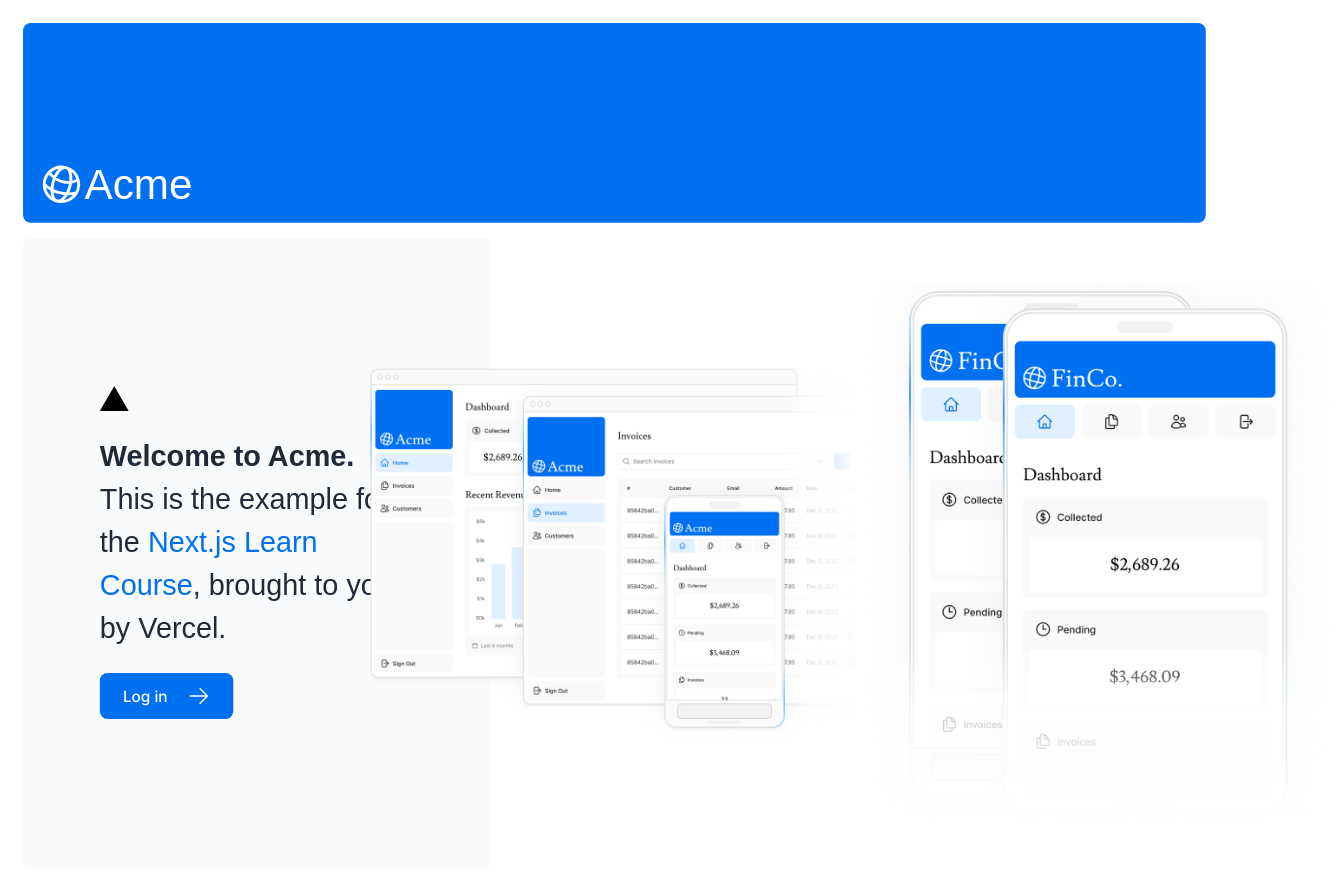
Repository: yasserrrz/next-dahshboard
Page: /
An editor plug-in stored every save of this project. The page is shown before and after the next save, followed by the edit.
The browser window is 1280 px wide. The page is 1397 px wide, then 1280 px, then 1397 px, so the pictures cover 1397 px, including what lies to the right of the window. The pictures show the whole page, at 96% of full size.
Some web fonts or font styles are not loaded; a fallback is used. The project was rebuilt for these pictures with package versions that can differ from the ones it lists, and the page was loaded fresh each time. The framework's server and built-in components were replaced by stand-ins that run in the browser. Also part of the build but not shown: next.config.mjs.

Above is the page before, as saved 2024-10-27 11:10:33.

### app/layout.tsx
import '@/app/ui/global.css';
import { inter } from './ui/fonts';
export default function RootLayout({
  children,
}: {
  children: React.ReactNode;
}) {
  return (
    <html lang="en">
       <body className={`${inter.className} antialiased`}>{children}</body>
    </html>
  );
}

### app/page.tsx
import AcmeLogo from "@/app/ui/acme-logo";
import { ArrowRightIcon } from "@heroicons/react/24/outline";
import Link from "next/link";
import { lusitana } from "./ui/fonts";
import Image from "next/image";

export default function Page() {
  return (
    <main className="flex min-h-screen flex-col p-6">
      <div className="flex h-20 shrink-0 items-end rounded-lg bg-blue-500 p-4 md:h-52">
        <AcmeLogo />
      </div>
      <div className="mt-4 flex grow flex-col gap-4 md:flex-row">
        <div className="flex flex-col justify-center gap-6 rounded-lg bg-gray-50 px-6 py-10 md:w-2/5 md:px-20">
          <div className="relative w-0 h-0 border-l-[15px] border-r-[15px] border-b-[26px] border-l-transparent border-r-transparent border-b-black" />
          <p
            className={`text-xl text-gray-800 md:text-3xl md:leading-normal ${lusitana.className}`}
          >
            <strong>Welcome to Acme.</strong> This is the example for the{" "}
            <a href="https://nextjs.org/learn/" className="text-blue-500">
              Next.js Learn Course
            </a>
            , brought to you by Vercel.
          </p>
          <Link
            href="/login"
            className="flex items-center gap-5 self-start rounded-lg bg-blue-500 px-6 py-3 text-sm font-medium text-white transition-colors hover:bg-blue-400 md:text-base"
          >
            <span>Log in</span> <ArrowRightIcon className="w-5 md:w-6" />
          </Link>
        </div>
        <div className="flex items-center justify-center p-6 md:w-3/5 md:px-28 md:py-12">
          {/* Add Hero Images Here */}
          <Image
        src="/hero-desktop.png"
        width={1000}
        height={760}
        className="block md:none"
        alt="Screenshots of the dashboard project showing desktop version"
      />
            <Image
        src="/hero-mobile.png"
        width={560}
        height={620}
        className="hidden md:block"
        alt="Screenshots of the dashboard project showing desktop version"
      />
        </div>
      </div>
    </main>
  );
}

Loaded but not shown: app/ui/global.css (common file); app/ui/fonts.ts (common file); app/ui/acme-logo.tsx (common file); tailwind.config.ts (common file)

After the next save:
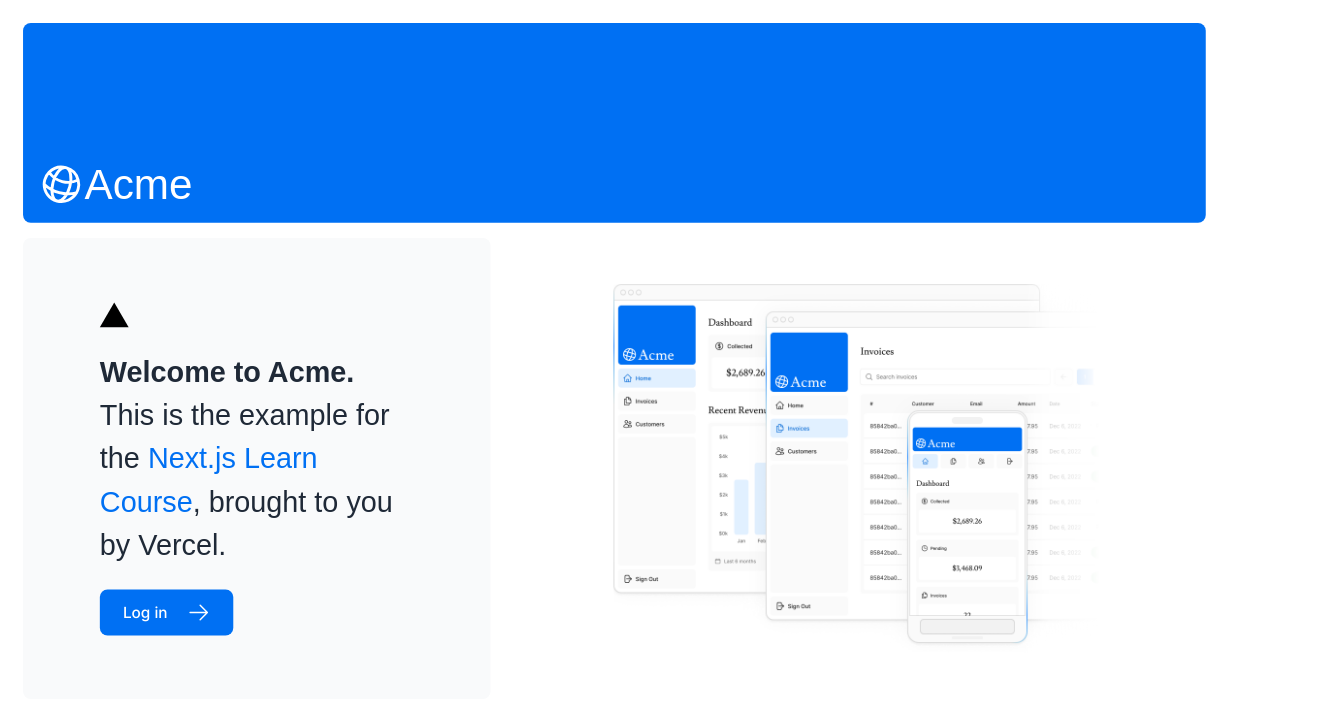
Saved 16 s later.
--- a/app/page.tsx
+++ b/app/page.tsx
@@ -42,7 +42,7 @@
         src="/hero-mobile.png"
         width={560}
         height={620}
-        className="hidden md:block"
+        className="hidden "
         alt="Screenshots of the dashboard project showing desktop version"
       />
         </div>

After the save that followed:
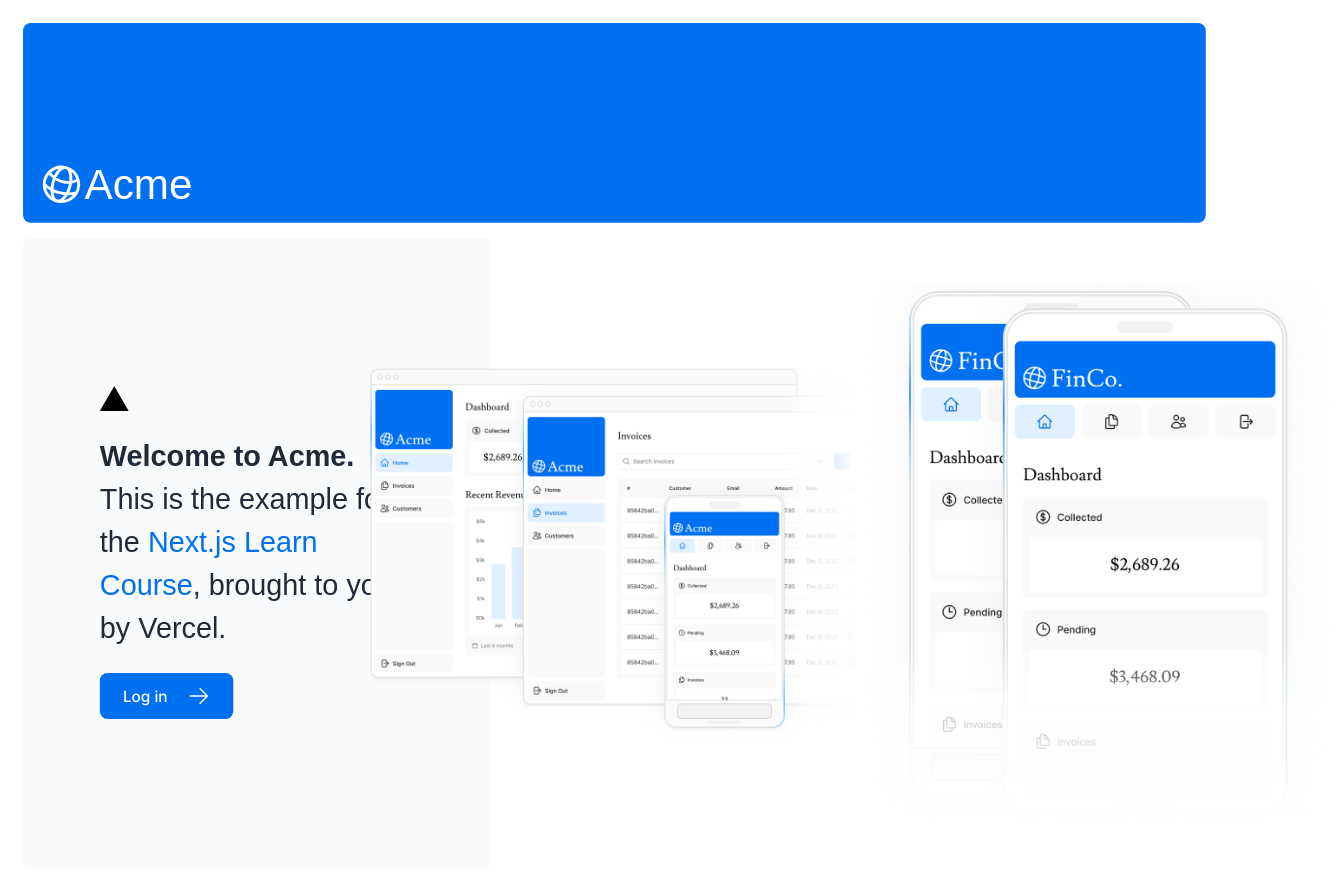
Saved 13 s later.
--- a/app/page.tsx
+++ b/app/page.tsx
@@ -42,7 +42,7 @@
         src="/hero-mobile.png"
         width={560}
         height={620}
-        className="hidden "
+        className="hidden md:block"
         alt="Screenshots of the dashboard project showing desktop version"
       />
         </div>
